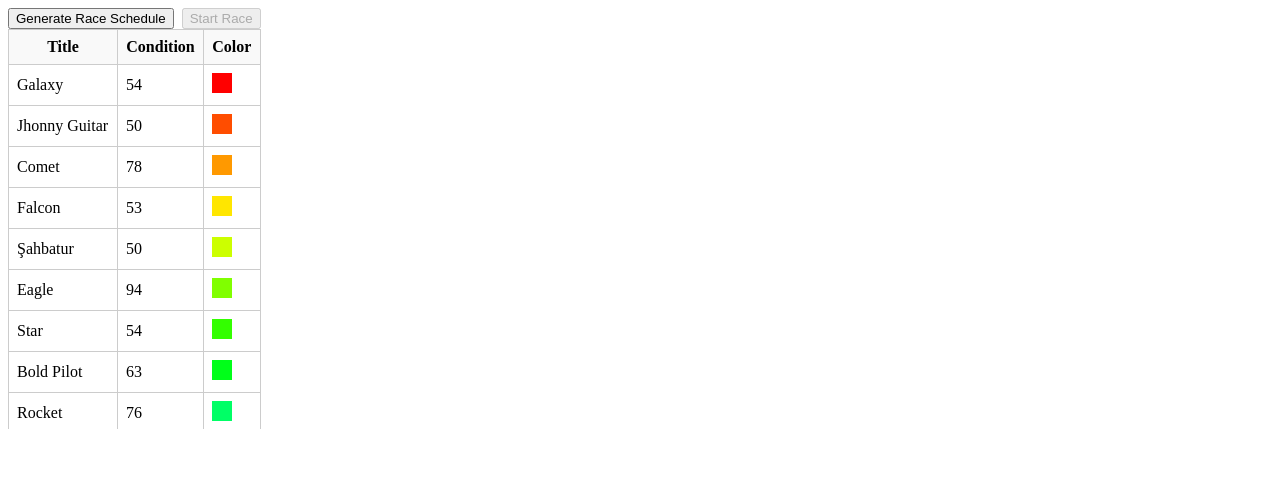
Repository: akinankarali/horse-racing-game
Page: /
These files come from the project's save history. The page is drawn as it stood at one moment and after the next save; the edit follows.
The browser window is 1280 px wide. The pictures show the whole page.
The project was rebuilt for these pictures with package versions that can differ from the ones it lists, and the page was loaded fresh each time. The framework's server and built-in components were replaced by stand-ins that run in the browser. Also part of the build but not shown: nuxt.config.ts, components/Results.vue. Imported but missing from the stored project, and not drawn on this page: store/setting.

Above is the page before, as saved 2024-06-09 21:10:33.

### store/index.ts
import { MutationTree, ActionTree, GetterTree } from 'vuex';
import { Horse, RaceState } from './types';

const horseTitles = [
  'Şahbatur', 'Bold Pilot', 'Yavuzhan', 'Thunderbolt', 'Jhonny Guitar',
  'Murphy', 'Majesty', 'Comet', 'Star', 'Galaxy',
  'Nova', 'Meteor', 'Phoenix', 'Pegasus', 'Ranger',
  'Rocket', 'Sparrow', 'Eagle', 'Falcon', 'Mustang'
];

export const state = (): RaceState => ({
  horses: [],
  selectedHorses: [[], [], [], [], [], []],
  raceSchedule: [1200, 1400, 1600, 1800, 2000, 2200],
  raceResults: [],
  currentRound: 0,
});

export const getters: GetterTree<RaceState, RaceState> = {
  allHorses: state => state.horses,
  raceResults: state => state.raceResults,
  selectedHorses: state => state.selectedHorses,
  currentRound: state => state.currentRound,
  raceSchedule: state => state.raceSchedule,
};

export const mutations: MutationTree<RaceState> = {
  SET_HORSES(state: RaceState, horses: Horse[]) {
    state.horses = horses;
  },
  SET_SELECTED_HORSES(state: RaceState, horses: Horse[][]) {
    state.selectedHorses = horses;
  },
  ADD_RACE_RESULT(state: RaceState, result: string) {
    state.raceResults.push(result);
  },
  RESET_RACE_RESULTS(state: RaceState) {
    state.raceResults = [];
  },
  UPDATE_HORSE_CONDITION(state: RaceState, updatedHorse: Horse) {
    const horse = state.horses.find(h => h.id === updatedHorse.id);
    if (horse) {
      horse.condition = updatedHorse.condition;
    }
  },
  UpdateCurrentRound(state: RaceState, round: number) {
    state.currentRound = round;
  },

};

export const actions: ActionTree<RaceState, RaceState> = {
  generateHorses({ commit }) {
    const shuffledTitles = horseTitles.sort(() => Math.random() - 0.5);

    const horses: Horse[] = Array.from({ length: 20 }, (_, i) => {
      const hue = (i * 18) % 360;
      const condition = Math.floor(Math.random() * 100) + 1;

      return {
        id: i + 1,
        title: shuffledTitles[i],
        color: `hsl(${hue}, 100%, 50%)`,
        condition: condition < 50 ? 50 : condition,
        position: 0
      };
    });

    commit('SET_HORSES', horses);
  },
  generateRaceSchedule({ commit, state }) {

    const shuffleArray = (array: any[]) => {
      for (let i = array.length - 1; i > 0; i--) {
        const j = Math.floor(Math.random() * (i + 1));
        [array[i], array[j]] = [array[j], array[i]];
      }
      return array;
    };

    const raceRounds: Horse[][] = [];

    for (let roundIndex = 0; roundIndex < 6; roundIndex++) {
      const roundHorses = [];
      const availableHorses = [...state.horses];
      for (let i = 0; i < 10; i++) {
        const randomIndex = Math.floor(Math.random() * availableHorses.length);
        const selectedHorse = availableHorses[randomIndex];

        roundHorses.push(selectedHorse);
        availableHorses.splice(randomIndex, 1);
      }

      raceRounds.push(shuffleArray(roundHorses));
    }

    commit('SET_SELECTED_HORSES', raceRounds);
  },

  async startRace({ commit, state }) {
    commit('RESET_RACE_RESULTS');

    for (let roundIndex = 0; roundIndex < 6; roundIndex++) {
      const distance = state.raceSchedule[roundIndex];
      const roundHorses = state.selectedHorses[roundIndex].map(horse => ({ ...horse }));

      for (let second = 0; second < (6 + roundIndex); second++) {
        await new Promise(resolve => setTimeout(resolve, 1000));

        roundHorses.forEach(horse => {
          horse.condition -= Math.floor(Math.random() * 5) + 1;
          if (horse.condition < 0) {
            horse.condition = 0;
          }
          commit('UPDATE_HORSE_CONDITION', horse);
        });

        const runResult = {
          distance,
          horses: roundHorses.map(horse => ({
            id: horse.id,
            title: horse.title,
            condition: horse.condition,
          })),
        };

        commit('ADD_RACE_RESULT', runResult);
      }

      const winner = roundHorses.reduce((prev, current) => (prev.condition > current.condition) ? prev : current);
      const winnerResult = `${roundIndex + 1 }: ${winner.title} (${winner.condition})`;

      commit('ADD_RACE_RESULT', {
        distance,
        horses: roundHorses,
        winnerResult,
      });
    }
  },
};

### store/types.ts
export interface Horse {
    id: number;
    title: string;
    color: string;
    condition: number;
    position?: number ;
  }

  export interface RaceState {
    horses: Horse[];
    selectedHorses: Horse[][];
    raceSchedule: number[];
    raceResults: string[];
    currentRound: number;
  }

### pages/index.vue
<template>
  <div class="horse-racing-day">
    <div class="racing-wrapper">
      <div class="information-section">
        <Race />
      </div>

      <div class="race-board-section">
        <h4 v-if="selectedHorses[currentRound].length">
          Round {{ currentRound + 1 }} - {{ raceSchedule[currentRound] }}m
        </h4>
        <RaceBoard />
      </div>
    </div>

    <div class="result-section">
      <Results v-if="selectedHorses[currentRound].length" />
    </div>
  </div>
</template>

<script lang="ts">
import Race from '../components/Race.vue';
import Results from '../components/Results.vue';
import RaceBoard from '../components/RaceBoard.vue';

import { mapGetters } from 'vuex';

export default {
  name: 'Home',
  components: {
    Race,
    Results,
    RaceBoard,
  },

  computed: {
    ...mapGetters({
      currentRound: 'currentRound',
      selectedHorses: 'selectedHorses',
      raceSchedule: 'raceSchedule',
    }),
  },
};
</script>

<style scoped lang="scss">
.horse-racing-day {
  display: flex;
  flex-direction: column;

  .racing-wrapper {
    display: flex;
    margin-bottom: 20px;
    gap: 20px;

    .race-board-section {
      flex: 1;
    }
  }
}
</style>

### components/Race.vue
<template>
  <div>
    <div class="race-buttons">
      <Button
        title="Generate Race Schedule"
        @action="generateRaceScheduleMethod"
      />
      <Button title="Start Race" @action="startRace" :disabled="isDisabled" />
    </div>
    <div class="horse-list">
      <HorseTable />
    </div>
  </div>
</template>

<script lang="ts">
import { mapActions, mapGetters } from 'vuex';
import HorseTable from './HorseTable.vue';
import Button from '../components/Button.vue';

export default {
  components: {
    HorseTable,
    Button,
  },
  data() {
    return {
      isDisabled: true,
    };
  },
  computed: {
    ...mapGetters({
      allHorses: 'allHorses',
      raceResults: 'raceResults',
      selectedHorses: 'selectedHorses',
    }),
  },
  methods: {
    ...mapActions({
      generateHorses: 'generateHorses',
      generateRaceSchedule: 'generateRaceSchedule',
      startRace: 'startRace',
    }),

    generateRaceScheduleMethod() {
      this.isDisabled = false;
      this.generateRaceSchedule();
    },
  },
  mounted() {
    this.generateHorses();
  },
};
</script>

<style scoped lang="scss">
.horse-list {
  max-width: 300px;
  max-height: 400px;
  height: 100%;
  overflow: scroll;
}
.race-buttons {
  display: flex;
  gap: 8px;
}
</style>

### components/RaceBoard.vue
<template>
  <div class="race-board" v-if="selectedHorses[currentRound].length">
    <div
      v-for="horse in selectedHorses[currentRound]"
      :key="horse.id"
      class="horse"
      :style="{ transform: `translateX(${horse.position * 10}px)` }"
    >
      {{ horse.title }}
      <img
        class="horse-img"
        src="../assets/horse.svg"
        alt=""
        :style="{ filter: horse.filter }"
      />
    </div>
  </div>
</template>

<script lang="ts">
import { mapGetters } from 'vuex';

export default {
  name: 'RaceBoard',
  computed: {
    ...mapGetters({
      selectedHorses: 'selectedHorses',
      currentRound: 'currentRound',
    }),
  },
};
</script>

<style scoped>
.race-board {
  width: 100%;
  height: 100%;
  max-height: 89%;
  border: 1px solid #ccc;
  overflow: hidden;
}

.horse-img {
  -webkit-transform: scaleX(-1);
  transform: scaleX(-1);
  width: 24px;
  height: 24px;
}

.horse {
  display: flex;
  flex-direction: column;
  border-bottom: 1px solid #ccc;
  padding: 4px;
  position: relative;
}
</style>

### components/HorseTable.vue
<template>
  <table>
    <thead>
      <tr>
        <th>Title</th>
        <th>Condition</th>
        <th>Color</th>
      </tr>
    </thead>
    <tbody>
      <tr v-for="horse in allHorses" :key="horse.id">
        <td>{{ horse.title }}</td>
        <td>{{ horse.condition }}</td>
        <td>
          <div
            :style="{
              backgroundColor: horse.color,
              width: '20px',
              height: '20px',
            }"
          ></div>
        </td>
      </tr>
    </tbody>
  </table>
</template>

<script lang="ts">
import { mapGetters } from 'vuex';

export default {
  name: 'HorseTable',
  computed: {
    ...mapGetters({
      allHorses: 'allHorses',
    }),
  },
};
</script>

<style scoped>
table {
  width: 100%;
  border-collapse: collapse;
}

th,
td {
  padding: 8px;
  border: 1px solid #ccc;
}

th {
  background-color: #f9f9f9;
}

div {
  display: inline-block;
}
</style>

### components/Button.vue
<template>
  <div>
    <button :disabled="disabled" @click="handleAction">{{ title }}</button>
  </div>
</template>

<script lang="ts">
export default {
  props: {
    title: {
      type: String,
      required: true,
    },
    disabled: {
      type: Boolean,
      default: false,
    },
  },
  methods: {
    handleAction() {
      this.$emit('action');
    },
  },
};
</script>

After the next save:
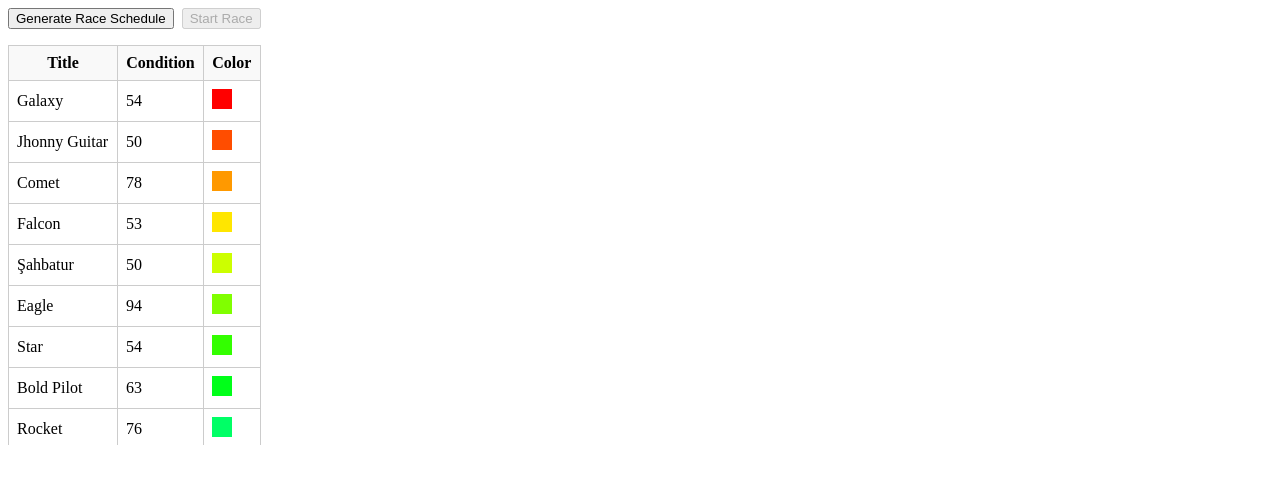
Saved 11 s later.
--- a/components/Race.vue
+++ b/components/Race.vue
@@ -63,5 +63,6 @@ export default {
 .race-buttons {
   display: flex;
   gap: 8px;
+  margin-bottom: 16px;
 }
 </style>
